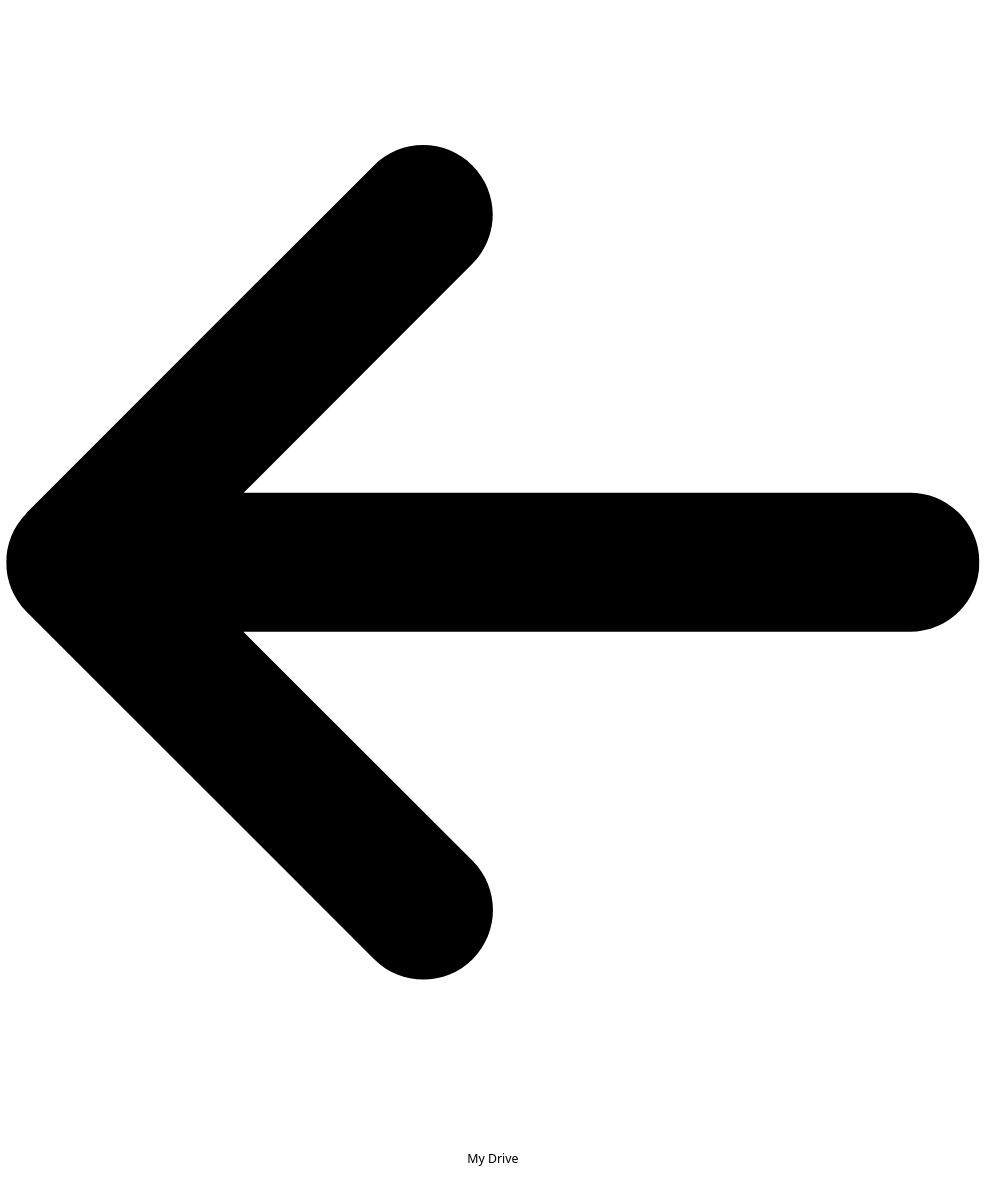
Repository: TGasco/SelfHostedCloud
Page: server/public/index.html
These files come from the project's save history. The page is drawn as it stood at one moment and after the next save; the edit follows.
The browser window is 1280 px wide. The pictures show the whole page, at 77% of full size.
The page's requests for data from a server got no answer.

Above is the page before, as saved 2023-02-08 18:25:23.

After the next save:
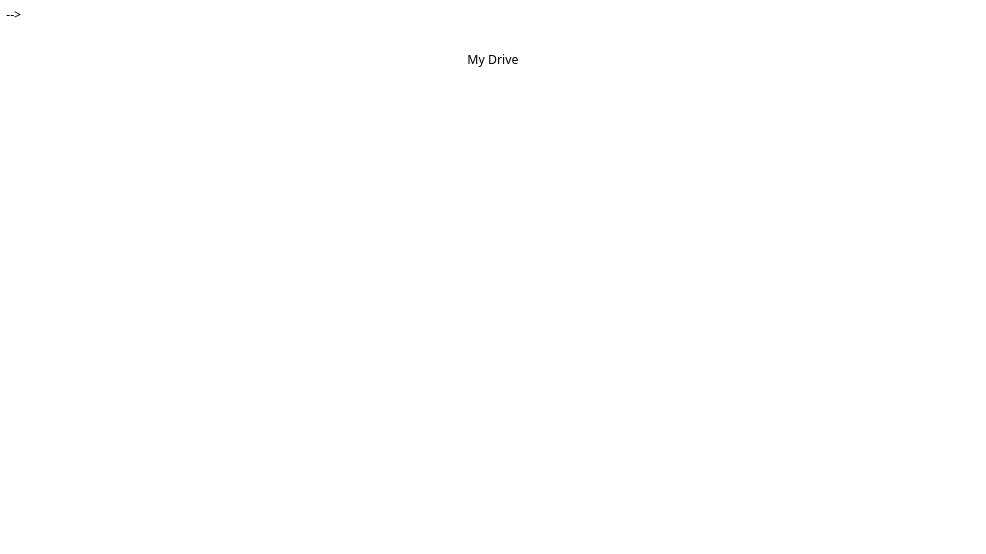
Saved 38 s later.
--- a/server/public/index.html
+++ b/server/public/index.html
@@ -9,7 +9,7 @@
     </head>
     <body>
         <div id="header-bar">
-            <svg xmlns="http://www.w3.org/2000/svg" viewBox="0 0 448 512"><!--! Font Awesome Pro 6.3.0 by @fontawesome - https://fontawesome.com License - https://fontawesome.com/license (Commercial License) Copyright 2023 Fonticons, Inc. --><path d="M9.4 233.4c-12.5 12.5-12.5 32.8 0 45.3l160 160c12.5 12.5 32.8 12.5 45.3 0s12.5-32.8 0-45.3L109.2 288 416 288c17.7 0 32-14.3 32-32s-14.3-32-32-32l-306.7 0L214.6 118.6c12.5-12.5 12.5-32.8 0-45.3s-32.8-12.5-45.3 0l-160 160z"/></svg>
+            <!-- <svg xmlns="http://www.w3.org/2000/svg" viewBox="0 0 448 512"><!--! Font Awesome Pro 6.3.0 by @fontawesome - https://fontawesome.com License - https://fontawesome.com/license (Commercial License) Copyright 2023 Fonticons, Inc. --><path d="M9.4 233.4c-12.5 12.5-12.5 32.8 0 45.3l160 160c12.5 12.5 32.8 12.5 45.3 0s12.5-32.8 0-45.3L109.2 288 416 288c17.7 0 32-14.3 32-32s-14.3-32-32-32l-306.7 0L214.6 118.6c12.5-12.5 12.5-32.8 0-45.3s-32.8-12.5-45.3 0l-160 160z"/></svg> -->
             <div id="directory-wrapper">
                 <p id="curr-dir">My Drive</p>
             </div>

After the save that followed:
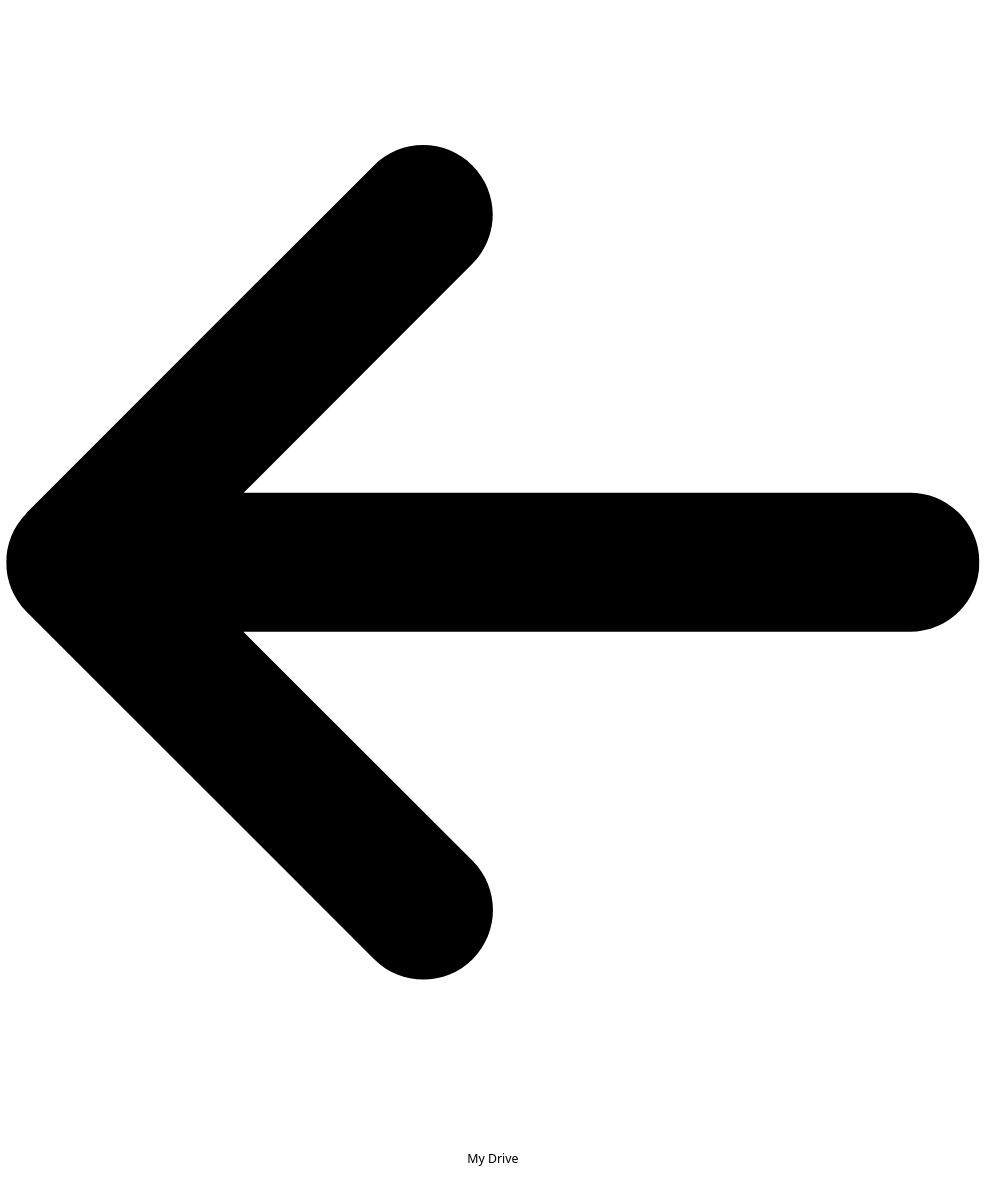
Saved 31 s later.
--- a/server/public/index.html
+++ b/server/public/index.html
@@ -9,7 +9,7 @@
     </head>
     <body>
         <div id="header-bar">
-            <!-- <svg xmlns="http://www.w3.org/2000/svg" viewBox="0 0 448 512"><!--! Font Awesome Pro 6.3.0 by @fontawesome - https://fontawesome.com License - https://fontawesome.com/license (Commercial License) Copyright 2023 Fonticons, Inc. --><path d="M9.4 233.4c-12.5 12.5-12.5 32.8 0 45.3l160 160c12.5 12.5 32.8 12.5 45.3 0s12.5-32.8 0-45.3L109.2 288 416 288c17.7 0 32-14.3 32-32s-14.3-32-32-32l-306.7 0L214.6 118.6c12.5-12.5 12.5-32.8 0-45.3s-32.8-12.5-45.3 0l-160 160z"/></svg> -->
+            <svg xmlns="http://www.w3.org/2000/svg" viewBox="0 0 448 512"><!--! Font Awesome Pro 6.3.0 by @fontawesome - https://fontawesome.com License - https://fontawesome.com/license (Commercial License) Copyright 2023 Fonticons, Inc. --><path d="M9.4 233.4c-12.5 12.5-12.5 32.8 0 45.3l160 160c12.5 12.5 32.8 12.5 45.3 0s12.5-32.8 0-45.3L109.2 288 416 288c17.7 0 32-14.3 32-32s-14.3-32-32-32l-306.7 0L214.6 118.6c12.5-12.5 12.5-32.8 0-45.3s-32.8-12.5-45.3 0l-160 160z"/></svg>
             <div id="directory-wrapper">
                 <p id="curr-dir">My Drive</p>
             </div>
